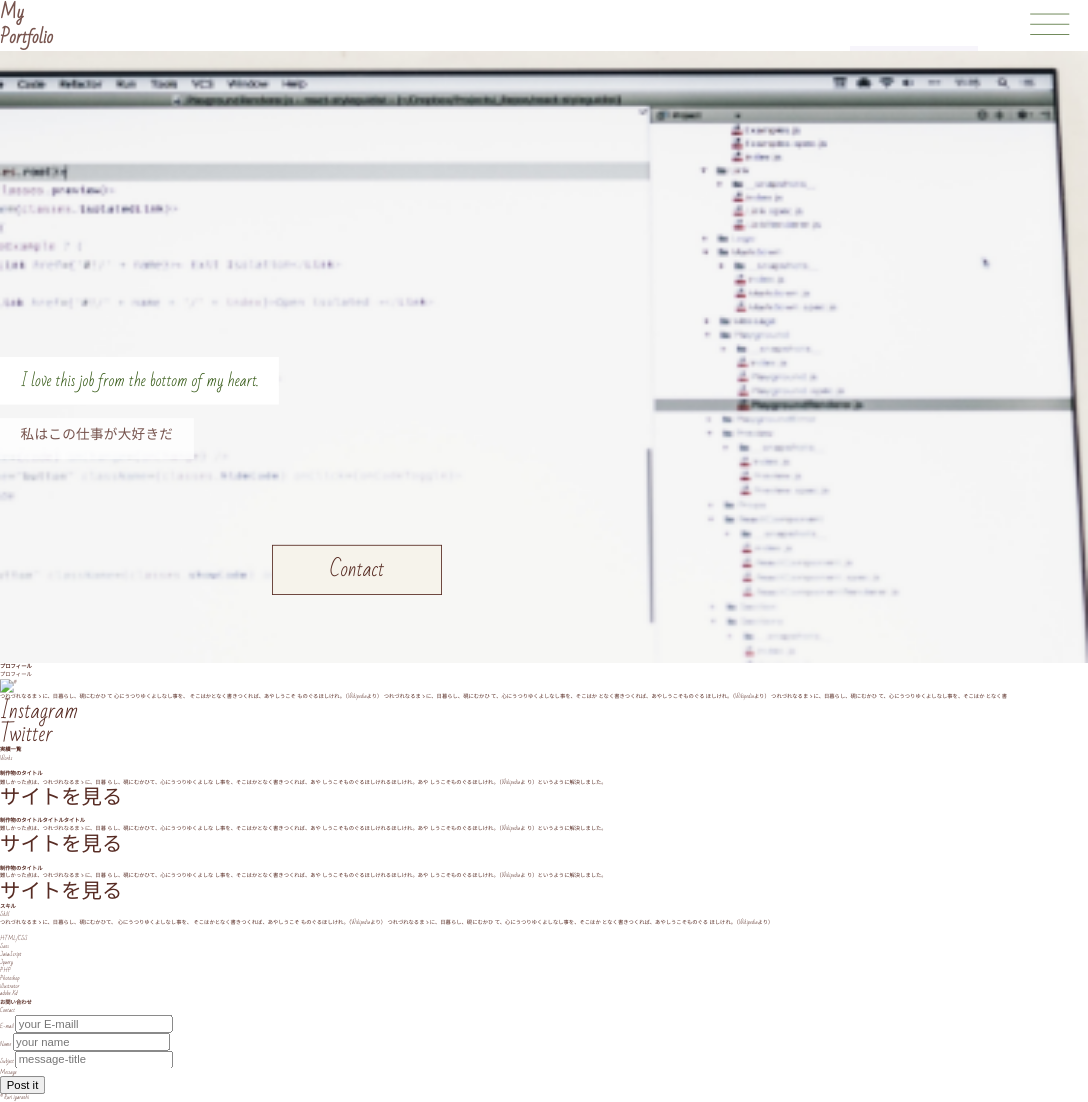
Repository: ppmp556/igarashi.kakuu
Page: index.html
These files come from the project's save history. The page is drawn as it stood at one moment and after the next save; the edit follows.
The browser window is 1280 px wide. The pictures show the whole page, at 85% of full size.
Some web libraries are served in a nearby version. The style sheet was rebuilt from its Sass, Less or Tailwind sources for each picture, by a compiler version that may differ from the author's.

Above is the page before, as saved 2020-10-25 12:04:39.
Console error: TypeError: Cannot read properties of null (reading 'addEventListener')

### index.html
<!DOCTYPE html>
<html lang="ja">
    <head>
        <meta charset="UTF-8">
        <meta name="viewport" content="width=device-width, initial-scale=1.0, maximum-scale=1.0, minimum-scale=1.0">
        <link rel="stylesheet" href="faundation.css" type="text/css">
        <link rel="stylesheet" href="./css/style.css" type="text/css">
        <link href="https://use.fontawesome.com/releases/v5.6.1/css/all.css" rel="stylesheet">
        <link href="https://fonts.googleapis.com/css?family=Bad+Script" rel="stylesheet">
        <link href="https://fonts.googleapis.com/css?family=Sawarabi+Gothic" rel="stylesheet">
        <link rel="img" href="image">
        <title>架空LP</title>

    </head>
    <body>

        <div class="container">
            <header class="header">
                <h1 class="header_ttl">
                    <a href="index.html" class="header_link">My Portfolio</a><!-- /.header_link -->
                </h1><!-- /.header_ttl -->
                <nav class="nav">
                    <div class="nav_wrapper" id="nav_lists">
                        <!-- ハンバーガーメニュー部分 -->
                        <div class="toggle_btn" id="nav_toggler">
                            <span class="toggle_line __tg1"></span>
                            <span class="toggle_line __tg2"></span>
                            <span class="toggle_line __tg3"></span>
                        </div>
                        <!-- ハンバーガーメニューここまで -->
                    </div>
                    <ul class="nav_list flex">
                        <li class="nav_item">
                            <a href="#" class="nav_link">Profile<span class="nav_sp">プロフィール</a><!-- /.nav_link -->
                        </li><!-- /.nav_item -->
                        <li class="nav_item">
                            <a href="#" class="nav_link">Works<span class="nav_sp">実績一覧</a><!-- /.nav_link -->
                        </li><!-- /.nav_item -->
                        <li class="nav_item">
                            <a href="#" class="nav_link">Skill<span class="nav_sp">スキル</a><!-- /.nav_link -->
                        </li><!-- /.nav_item -->
                        <li class="nav_item">
                            <a href="#" class="nav_link">Contact<span class="nav_sp">お問い合わせ</a><!-- /.nav_link -->
                        </li><!-- /.nav_item -->
                    </ul><!-- /.nav_list -->
                </nav><!-- /.nav -->
            </header><!-- /.header -->
        </div><!-- /.container -->
        <div class="kv">
            <div class="kv_txtbox">
                <p class="kv_txt">I love this job from the bottom of my heart.</p><!-- /.kv_txt -->
                <p class="kv_txt __subtxt">私はこの仕事が大好きだ</p><!-- /.kv_txt -->
            </div><!-- /.kv_txtbox -->
            <div class="contact_box">
                <a href="#" class="contact_link">Contact</a><!-- /.contact_link -->
            </div><!-- /.contact_box -->
        </div><!-- /.kv -->
        <main>
            <div class="inner">

                <section class="prof" id="prof">
                    <div class="section_ttlbox">
                        <h2 class="prof_ttl">プロフィール</h2><!-- /.prof_ttl -->
                        <span class="prof_sub">プロフィール</span>
                    </div><!-- /.section_ttlbox -->
                    <div class="prof_imgbox">
                        <img src="" alt="#">
                    </div><!-- /.prof_imgbox -->
                    <p class="prof_txt">
                        つれづれなるまゝに、日暮らし、硯にむかひ
                        て
                        心にうつりゆくよしなし事を、
                        そこはかとなく書きつくれば、あやしうこそ
                        ものぐるほしけれ。（Wikipediaより）
                        つれづれなるまゝに、日暮らし、硯にむかひ
                        て、心にうつりゆくよしなし事を、そこはか
                        となく書きつくれば、あやしうこそものぐる
                        ほしけれ。（Wikipediaより）
                        つれづれなるまゝに、日暮らし、硯にむかひ
                        て、心にうつりゆくよしなし事を、そこはか
                        となく書
                    </p><!-- /.prof_txt -->
                    <div class="section_btnbox">
                        <div class="site_btn">
                            <a href="#" class="site_link">Instagram</a>
                        </div><!-- /.site_btn -->
                        <div class="site_btn">
                            <a href="#" class="site_link">Twitter</a>
                        </div><!-- /.site_btn -->
                    </div><!-- /.section_btnbox -->
                </section><!-- /#prof.prof -->


                <section class="work" id="work">
                    <div class="section_ttlbox">
                        <h2 class="work_ttl">実績一覧</h2><!-- /.work_ttl -->
                        <span class="work_sub">Works</span>
                    </div><!-- /.section_ttlbox -->

                    <div class="work_imgbox">
                        <ul class="work_list">
                            <li class="work_item">
                                <img src="" alt="" class="work_img">
                                <h3 class="work_ttl">制作物のタイトル</h3><!-- /.work_txt -->
                                <p class="work_txt">
                                    難しかった点は、つれづれなるまゝに、日暮
                                    らし、硯にむかひて、心にうつりゆくよしな
                                    し事を、そこはかとなく書きつくれば、あや
                                    しうこそものぐるほしけれるほしけれ。あや
                                    しうこそものぐるほしけれ。（Wikipediaよ
                                    り）というように解決しました。
                                </p><!-- /.work_txt -->
                                <div class="site_btn">
                                    <a href="#" class="site_link">サイトを見る</a>
                                </div><!-- /.site_btn -->
                            </li><!-- /.work_item -->
                            <li class="work_item">
                                <img src="" alt="" class="work_img">
                                <h3 class="work_ttl">制作物のタイトルタイトルタイトル</h3><!-- /.work_txt -->
                                <p class="work_txt">
                                    難しかった点は、つれづれなるまゝに、日暮
                                    らし、硯にむかひて、心にうつりゆくよしな
                                    し事を、そこはかとなく書きつくれば、あや
                                    しうこそものぐるほしけれるほしけれ。あや
                                    しうこそものぐるほしけれ。（Wikipediaよ
                                    り）というように解決しました。
                                </p><!-- /.work_txt -->
                                <div class="site_btn">
                                    <a href="#" class="site_link">サイトを見る</a>
                                </div><!-- /.site_btn -->
                            </li><!-- /.work_item -->
                            <li class="work_item">
                                <img src="" alt="" class="work_img">
                                <h3 class="work_ttl">制作物のタイトル</h3><!-- /.work_txt -->
                                <p class="work_txt">
                                    難しかった点は、つれづれなるまゝに、日暮
                                    らし、硯にむかひて、心にうつりゆくよしな
                                    し事を、そこはかとなく書きつくれば、あや
                                    しうこそものぐるほしけれるほしけれ。あや
                                    しうこそものぐるほしけれ。（Wikipediaよ
                                    り）というように解決しました。
                                </p><!-- /.work_txt -->
                                <div class="site_btn">
                                    <a href="#" class="site_link">サイトを見る</a>
                                </div><!-- /.site_btn -->
                            </li><!-- /.work_item -->
                        </ul><!-- /.work_list -->
                    </div><!-- /.work_imgbox -->
                </section><!-- /#work.work -->

                <section class="skii" id="skill">
                    <div class="section_ttlbox">
                        <h2 class="skill_ttl">スキル</h2><!-- /.skill_ttl -->
                        <span class="skill_sub">Skill</span>
                    </div><!-- /.section_ttlbox -->
                    <div class="skill_txtbox">
                        <p class="skill_txt">
                            つれづれなるまゝに、日暮らし、硯にむかひて、
                            心にうつりゆくよしなし事を、
                            そこはかとなく書きつくれば、あやしうこそ
                            ものぐるほしけれ。（Wikipediaより）
                            つれづれなるまゝに、日暮らし、硯にむかひ
                            て、心にうつりゆくよしなし事を、そこはか
                            となく書きつくれば、あやしうこそものぐる
                            ほしけれ。（Wikipediaより）
                        </p><!-- /.skill_txt -->
                    </div><!-- /.skill_txtbox -->
                    <div class="skill_listbox">
                        <div class="skill_imgbox">
                            <img src="" alt="" class="skill_img">
                        </div><!-- /.skill_imgbox -->
                        <ul class="skill_list">
                            <li class="skill_item">HTML/CSS</li><!-- /.skill_item -->
                            <li class="skill_item">Sass</li><!-- /.skill_item -->
                            <li class="skill_item">JavaScript</li><!-- /.skill_item -->
                            <li class="skill_item">Jquery</li><!-- /.skill_item -->
                            <li class="skill_item">PHP</li><!-- /.skill_item -->
                            <li class="skill_item">Photoshop</li><!-- /.skill_item -->
                            <li class="skill_item">illustrator</li><!-- /.skill_item -->
                            <li class="skill_item">adobe Xd</li><!-- /.skill_item -->
                        </ul><!-- /.skill_list -->
                    </div><!-- /.skill_listbox -->
                </section><!-- /#skill.skii -->

                <section class="contact" id="contact">
                    <div class="section_ttlbox">
                        <h2 class="contact_ttl">お問い合わせ</h2><!-- /.contact_ttl -->
                        <span class="contact_sub">Contact</span>
                    </div><!-- /.section_ttlbox -->
                    <form action="#" class="ly-form">
                        <div class="form ord1">
                            <div class="form2">

                                <label for="email" class="formTitle u-formTxt">E-mail</label>
                                <input type="email" class="formBox" name="your-E-mail" placeholder="your E-maill">
                            </div>
                        </div>
                        <div class="form ord2">
                            <div class="form2">
                                    <label for="name" class="formTitle u-formTxt">Name</label>
                                    <input type="text" class="formBox" name="your name" placeholder="your name">

                            </div>
                        </div>
                        <div class="form ord3">
                            <div class="form2">
                                <label for="subject" class="formTitle u-formTxt">Subject</label>
                                <input type="subject" class="formBox" name="message-title" placeholder="message-title">
                            </div>
                        </div>
                        <div class="form ord4">
                            <div class="form2">
                                <label for="message" class="formTitle u-formTxt">Message</label>
                                <textare name="contents" class="area" name="contents" placeholder="contents" rows="4" cols="40"></textare>
                            </div>
                        </div>
                        <div class="inputWrap btnhv u-send">
                            <input type="submit" value="Post it" class="sendBtn">
                        </div>
                    </form>
                </section><!-- /#contact.contact -->
            </div><!-- /.inner -->

        </main>


        <footer class="footer">
            <div class="footer_sharbox">
                <ul class="footer_sharalist">
                    <li class="footer_item"></li><!-- /.footer_item -->
                    <li class="footer_item"></li><!-- /.footer_item -->
                    <li class="footer_item"></li><!-- /.footer_item -->
                </ul><!-- /.footer_sharalist -->
            </div><!-- /.footer_sharbox -->
            <small class="footer_txt">&copy; Ruri igarashi</small>
        </footer><!-- /.footer -->


        <script type="text/javascript" src="menu.js"></script>
        <script src="https://code.jquery.com/jquery-3.4.1.js" integrity="sha256-WpOohJOqMqqyKL9FccASB9O0KwACQJpFTUBLTYOVvVU=" crossorigin="anonymous"></script>

    </body>
</html>

### faundation.css

html,
body,
div,
span,
object,
iframe,
h1,
h2,
h3,
h4,
h5,
h6,
p,
blockquote,
pre,
abbr,
address,
cite,
code,
del,
dfn,
em,
img,
ins,
kbd,
q,
samp,
small,
strong,
sub,
sup,
var,
b,
i,
dl,
dt,
dd,
ol,
ul,
li,
fieldset,
form,
label,
legend,
table,
caption,
tbody,
tfoot,
thead,
tr,
th,
td,
article,
aside,
canvas,
details,
figcaption,
figure,
footer,
header,
hgroup,
menu,
nav,
section,
summary,
time,
mark,
audio,
video {
  margin: 0;
  padding: 0;
  border: 0;
  outline: 0;
  font-size: 100%;
  vertical-align: baseline;
  background: transparent;
}

body {
  line-height: 1.5;
}

article,
aside,
details,
figcaption,
figure,
footer,
header,
hgroup,
menu,
nav,
section {
  display: block;
}

ul,
ol {
  list-style: none;
}

table {
  border-collapse: collapse;
  border-spacing: 0;
}

a {
  color: inherit;
  text-decoration: none;
}

img {
  width: 100%;
  max-width: 100%;
  height: auto;
  vertical-align: bottom;
}

### menu.js
const body = document.body;

const toggler = document.getElementById('navToggler');
//#navToggleを取得し、togglerに格納


const navList = document.getElementById('js-nav');
const navList2 = document.getElementById('js-nav2');
//#navListsを取得し、navListに格納


toggler.addEventListener('click', function() {
    //togglerクリックされたら、
    body.classList.toggle('clicked');

});
navList.addEventListener('click', function(){


    body.classList.remove('clicked');
});
navList2.addEventListener('click', function(){


    body.classList.remove('clicked');
});

### scss/style.scss
@charset "UTF-8";

$cColor: #572B23;
$cBgColor: #f6f3eb;
$cGreen: #315611;
$cwhite: #ffffff;
$cGray: #f9f9f9;


html {
    font-size: 62.5%;
    overflow: auto;


}

body {
    color: $cColor;
    background-color: $cwhite;
    font-family: "Bad Script","Sawarabi Gothic";
    font-size: 62.5%;
    margin: 0 auto;
    overflow: hidden;
    width: 100%;
    height: auto;

}

*, *::before, *::after {
    box-sizing: border-box;
}

a:link, a:visited, a:hover, a:active {
    /*テキストデフォルト下線外し*/
    text-decoration: none;
    /* color: #ffffff; */
}




.container {
    overflow: hidden;
}


.flex {
    display: flex;
    justify-content: flex-start;
}

.inner {
    min-width: 336px;
    width: 100%;
}


.site_btn {
    display: flex;
    width: 200px;
    font-size: 2.4rem;
    color: #572B23;
    line-height: 27px;
}

.site_link {
    width: 100%;
    height: 100%;
    display: block;
    margin: auto;
}

/****************

header

*************/

.header {
    display: flex;
    z-index: 5;
    width: 100%;
    height: 100%;
    background-color: $cwhite;
    opacity: .8;

    &_ttl {
        font-size: 2.0rem;
    font-family: "Bad Script";
    opacity: 1;
    color: $cColor;
    }
}

// nav

.nav {
    width: 100%;
    line-height: 20px;
    display: flex;
    justify-content: center;
    align-items: center;


    /* ハンバーガーメニュー */
    &_list {
        position: absolute;
        display: block;
        top: 54px;
        /* left: 377px; */
        left: 1000px;
        overflow: hidden;
        width: 15rem;
        max-height: auto;
        cursor: pointer;

        overflow-y: auto;/*縦方向の表示*/

        display: flex;
        flex-direction: column;
        transition: opacity .8s ease, visibility .6s ease;
        color: #572B23;

        background-color: #F6F3FB;
        visibility: .6s ease;
        opacity: 1;

        &.clicked {
            left: 114px;
            visibility: visible;
            opacity: 0.9;
            width: 262px;
            top: 0;
            /* height: 667px; */
            height: 100vh;
            background-color: #f6f3f8;
            position: absolute;
            display: flex;
            align-items: center;
            justify-content: center;

        }
    }

    &_item {
        padding: 2px 0;
        font-size: 2rem;
        color: #572B23;
        position: relative;

        transition: transform 6s ease, opacity .2s ease;

        &:nth-child(1) {
        transform: translateX(200px);

        transition: transform .6s ease, opacity .2s ease;

        }

        &:nth-child(2) {
        transition-delay: .15s;

        }
        &:nth-child(3) {
        transition-delay: .3s;

        }

        &:nth-child(4) {
        transition-delay: .45s;

        }

        &:nth-child(5) {
        transition-delay: .6s;

        }

        &::after {
        position: absolute;
        bottom: -4px;
        left: 0;
        content: '';
        width: 100%;
        height: 2px;
        background: #572B23;
        transform: scale(0, 1);
        transform-origin: left top;
        transition: transform .3s;
        }

        &:hover::after {
        transform: scale(1, 1);
        }

    }







    &_link {
        width: 100%;
        display: block;
        color: #572B23;
    font-size: 2.4rem;
    display: flex;
    align-items: center;
    flex-direction: column;
    justify-content: center;
    }


}




.clicked .navList .navItem {
    transform: translateX(0px);
}







.toggle_btn {

    z-index: 2000;
    position: absolute;
    top: 0;
    width: 45.25px;
    /* height: 24px; */
    height: 55px;
    right: 16.19px;
    cursor: pointer;
    transition: all .30s ease-in-out;/*0.3秒かけて変化*/
}

.toggle_line {
    display: block;
    position: absolute;
    z-index: 2100;
    right: 6.3px;
    top: 14px;
    width: 100%;
    height: 1px;
    background-color: #315611;
    transition: all 0.3s;
}


.__tg1 {
    top: 16.19px;

    &.clicked {
        transform: translateY(12px) rotate(-315deg);
    }
}
.__tg2 {
    top: 28.19px;
    &.clicked {
        opacity: 0;
    }
}
.__tg3 {
    top: 40.19px;
    &.clicked {
        transform: translateY(-11px) rotate(315deg);
    }
}


/****************

kv

*************/

.kv {
    background: url(/images/top-image/top-image.png) center / cover no-repeat;
    background-position-y: 50%;
    height: 100vh;
    width: 100%;
    // display: flex;

    position: relative;

    &_txtbox {
        position: absolute;
        top: 50%;

    }

    &_txt {
        margin: auto;
        text-align: center;
        font-size: 1.8rem;
        color: $cGreen;
        padding: 10px 24px;
        background-color: $cwhite;
        opacity: 1;
        margin-bottom: 16px;
        line-height: 2;
    }

}


.__subtxt {
    font-size: 1.6rem;
    padding: 13px 24px;
    color: $cColor;
    opacity: 0.8;
    letter-spacing: 0.32px;
    width: 228px;
    height: 48px;
    line-height: .84;
    display: inline-block;
    margin-right: auto;
}


.contact_box {
    display: block;
    position: absolute;
    bottom: 80px;
    left: 25%;
    margin: 0 auto;
    width: 20rem;
    line-height: 45px;
    // margin-top: auto;

    opacity: 1;
    border: 1px solid $cColor;
    text-align: center;
    background-color: $cBgColor;
    font-size: 2.3rem;
    font-family: "bad script";
    color: $cColor;

}


.contact_link {
    padding: 6px 66px;
    display: block;
    width: 100%;
    // height: 100%;
    text-align: center;

}

/****************

profile

*************/

After the next save:
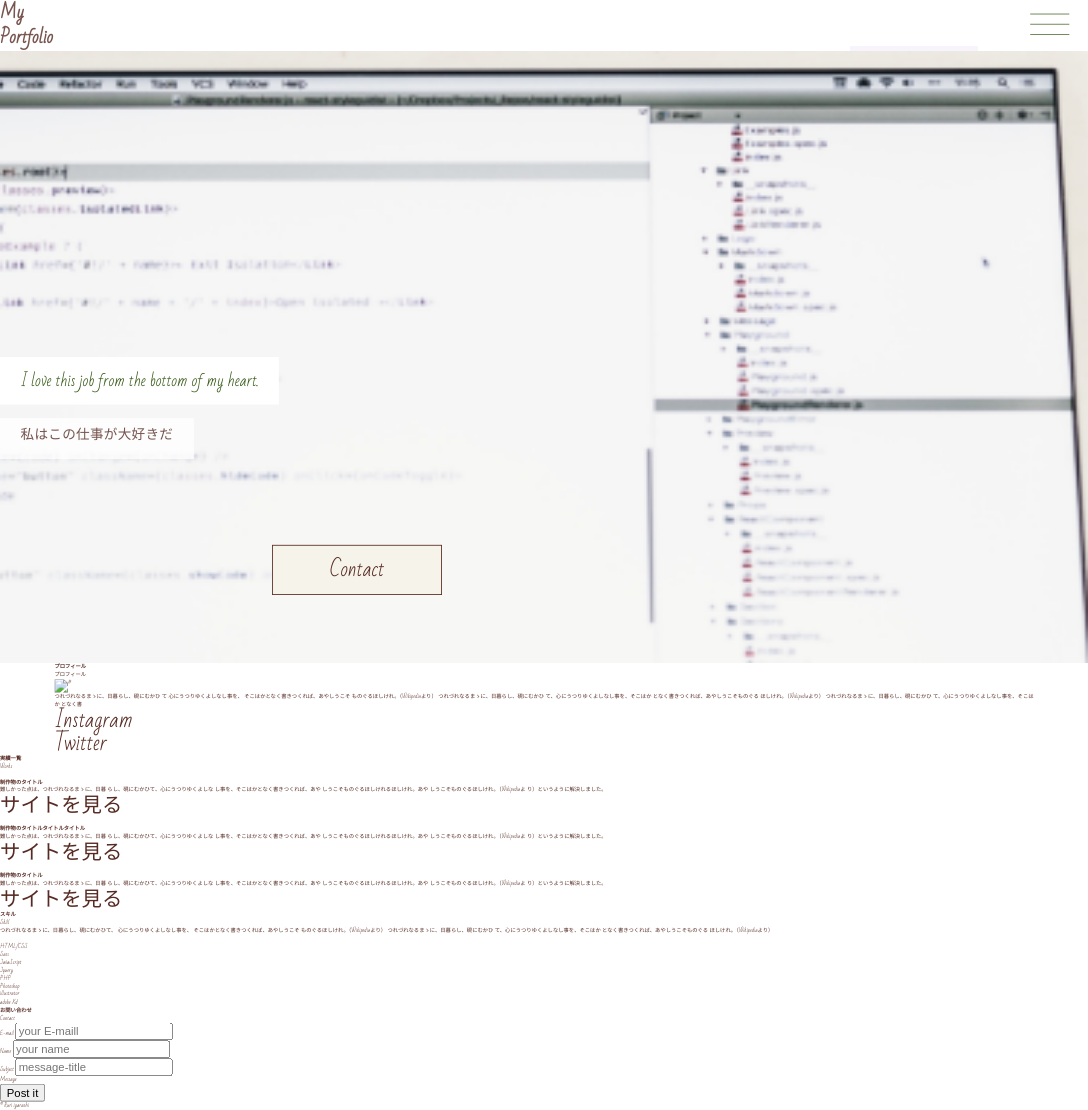
Saved 10 min 4 s later.
--- a/scss/style.scss
+++ b/scss/style.scss
@@ -360,3 +360,102 @@ kv
 profile
 
 *************/
+
+.prof {
+    padding: 0 64px;
+}
+
+
+.ly-profWrapper {
+  position: absolute;
+  top: 668px;
+  width: 375px;
+  height: 1054px;
+}
+.ly-profBox {
+  display: flex;
+  justify-content: center;
+  align-items: center;
+  height: 942px;
+}
+.profImages {
+    background-image:url("images/profile/profile.png") ;
+    background-repeat: no-repeat;
+
+    position: absolute;
+    width: 316px;
+    height: 330px;
+
+    top: 165px;
+    left: 28px;
+    z-index: -90;
+}
+
+.hideBox1 {
+    border: 1px solid #315611;
+    width: 316px;
+    height: 330px;
+    z-index: -99;
+    opacity: 1;
+    position: absolute;
+    left: 20px;
+    top: 157px;
+
+}
+.hideBox2 {
+    border: 1px solid #315611;
+    width: 316px;
+    height: 330px;
+    z-index: -98;
+    opacity: 1;
+    position: absolute;
+    left: 36px;
+    top: 173px;
+
+}
+.profContent {
+    position: absolute;
+    text-align: left;
+    top: 535px;
+    left: 20px;
+
+    width: 336px;
+    height: auto;
+}
+
+
+.profBtn {
+    position: relative;
+    display: flex;
+    justify-content: space-around;
+    top: -4px;
+
+}
+
+.contactBtn {
+    justify-content: space-between;
+    border: 1px solid #315611;
+    background: #ffffff;
+    width: 16rem;
+    height: 4.8rem;
+    position: relative;
+}
+
+
+.u-boxImg {
+    right: -143px;
+    top: -424px;
+    z-index: -101;
+}
+
+.u-prof {
+    font-size: 1.6rem;
+    letter-spacing: 0.32px;
+    line-height: 2;
+    font-family: "Sawarabi Gothic";
+}
+.u-Btn {
+    font-family:"Bad Script";
+    font-size: 2.4rem;
+
+}
